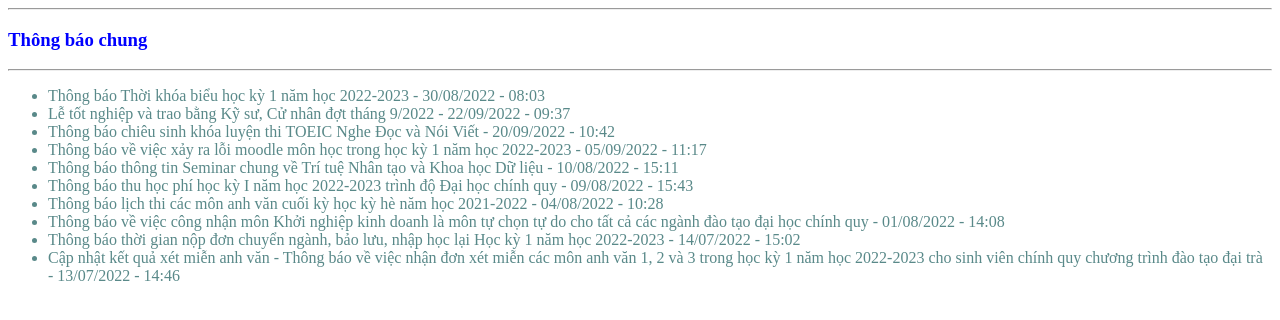
Repository: HoangDuy315/web-dev2022
Page: ex3.html
An editor plug-in stored every save of this project. The page is shown before and after the next save, followed by the edit.
The browser window is 1280 px wide. The pictures show the whole page.

Above is the page before, as saved 2022-09-22 15:32:58.

### ex3.html
<html lang="en">
<head>
    <meta charset="UTF-8">
    <meta http-equiv="X-UA-Compatible" content="IE=edge">
    <meta name="viewport" content="width=device-width, initial-scale=1.0">
    <link rel="stylesheet" href="./ex3.css">
    <title>Document</title>
</head>
<body>
    <hr >
        <h3 class="thongbao">Thông báo chung</h3>
    </hr>
    <hr>
        <ul class="tinnhan">
            <li>Thông báo Thời khóa biểu học kỳ 1 năm học 2022-2023 - 30/08/2022 - 08:03</li>
            <li>Lễ tốt nghiệp và trao bằng Kỹ sư, Cử nhân đợt tháng 9/2022 - 22/09/2022 - 09:37</li>
            <li>Thông báo chiêu sinh khóa luyện thi TOEIC Nghe Đọc và Nói Viết - 20/09/2022 - 10:42</li>
            <li>Thông báo về việc xảy ra lỗi moodle môn học trong học kỳ 1 năm học 2022-2023 - 05/09/2022 - 11:17</li>
            <li>Thông báo thông tin Seminar chung về Trí tuệ Nhân tạo và Khoa học Dữ liệu - 10/08/2022 - 15:11</li>
            <li>Thông báo thu học phí học kỳ I năm học 2022-2023 trình độ Đại học chính quy - 09/08/2022 - 15:43</li>
            <li>Thông báo lịch thi các môn anh văn cuối kỳ học kỳ hè năm học 2021-2022 - 04/08/2022 - 10:28</li>
            <li>Thông báo về việc công nhận môn Khởi nghiệp kinh doanh là môn tự chọn tự do cho tất cả các ngành đào tạo đại học chính quy - 01/08/2022 - 14:08</li>
            <li>Thông báo thời gian nộp đơn chuyển ngành, bảo lưu, nhập học lại Học kỳ 1 năm học 2022-2023 - 14/07/2022 - 15:02</li>
            <li>Cập nhật kết quả xét miễn anh văn - Thông báo về việc nhận đơn xét miễn các môn anh văn 1, 2 và 3 trong học kỳ 1 năm học 2022-2023 cho sinh viên chính quy chương trình đào tạo đại trà - 13/07/2022 - 14:46</li>
        </ul>
    </hr>

</body>
</html>

### ex3.css
.thongbao {
    color: blue;
}

.tinnhan {
    color: rgb(89, 137, 137);
}

After the next save:
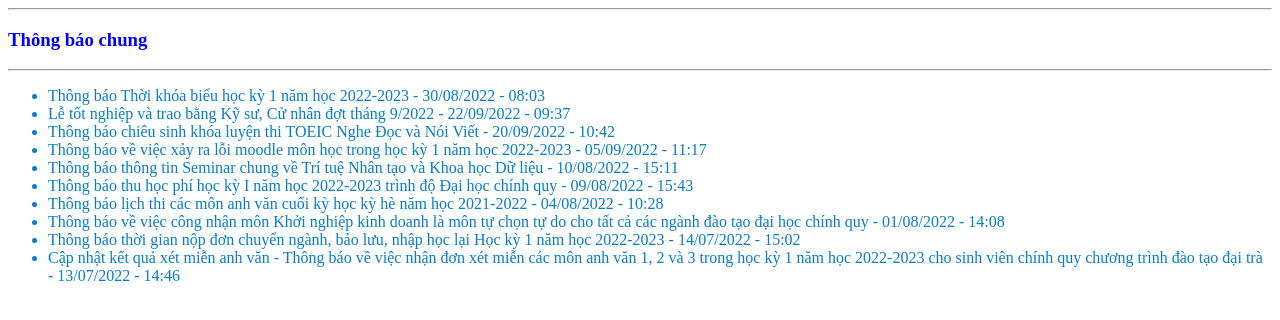
Saved 20 s later.
--- a/ex3.css
+++ b/ex3.css
@@ -3,5 +3,5 @@
 }
 
 .tinnhan {
-    color: rgb(89, 137, 137);
+    color: rgb(7, 125, 204);
 }
